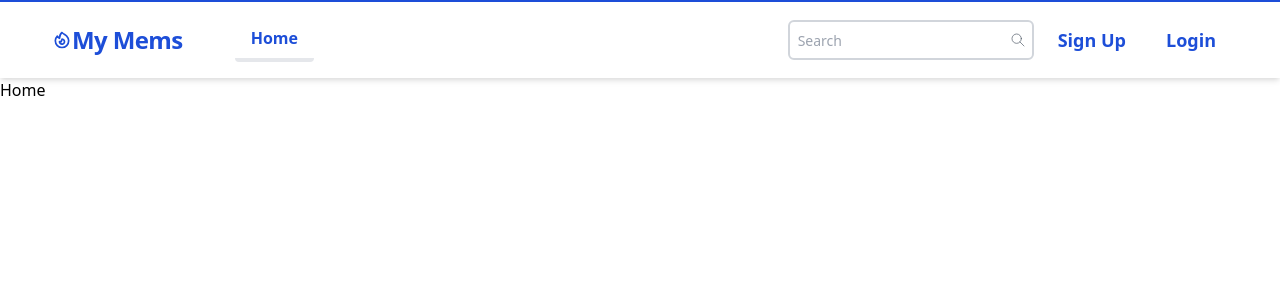
Repository: ShamroOoz/React-Go-Auth-Application
Page: /
These files come from the project's save history. The page is drawn as it stood at one moment and after the next save; the edit follows.
The browser window is 1280 px wide. The pictures show the whole page.
The project was rebuilt for these pictures with package versions that can differ from the ones it lists, and the page was loaded fresh each time. A package was used in the major version that the imports need, not the one package.json lists. Also part of the build but not shown: craco.config.js, src/Components/Login.js, src/Components/Singup.js.

Above is the page before, as saved 2021-05-24 04:40:45.

### src/index.css
/* ./src/index.css */
@tailwind base;
@tailwind components;
@tailwind utilities;

.btn-action {
  @apply block px-4 py-2 mt-4 ml-2 text-lg font-bold text-blue-700 rounded hover:text-white hover:bg-blue-700 md:mt-0;
}

.btn-post {
  @apply inline-flex items-center px-6 py-2 font-bold text-blue-700 border-b-2 rounded hover:border-blue-700 hover:text-blue-400;
}

.btn-search {
  @apply h-10 pl-2 pr-8 text-sm bg-white border-2 border-gray-300 rounded-md focus:outline-none focus:border-blue-700;
}

.btn-menu {
  @apply block px-4 py-2 mr-2 text-center border-b-4 rounded md:inline-flex md:mt-0 hover:border-blue-700;
}

.btn-toggle-menu {
  @apply flex items-center px-3 py-2 text-blue-300 border-2 border-blue-400 rounded focus:outline-none hover:text-blue-400 hover:border-blue-700;
}

.input-text {
  @apply block w-full px-3 py-2 text-lg placeholder-gray-600 bg-white border-2 border-gray-300 rounded-lg shadow-md focus:placeholder-blue-700 focus:bg-white focus:border-blue-700 focus:outline-none;
}

.btn-large {
  @apply block w-full px-6 py-3 mt-3 text-lg font-semibold text-white bg-blue-700 rounded-lg shadow-xl focus:outline-none disabled:opacity-50 hover:text-white hover:bg-blue-400;
}

.btn-large-alert {
  @apply block w-full px-6 py-3 mt-3 text-lg font-semibold text-white bg-red-700 rounded-lg shadow-xl focus:outline-none disabled:opacity-50 hover:text-white hover:bg-red-400;
}
.btn-social {
  @apply flex items-center justify-center px-4 py-2 space-x-2 transition-colors duration-300 border border-blue-700 rounded-md group hover:bg-blue-500 focus:outline-none;
}

.drop-down-list {
  @apply block px-4 py-2 text-sm text-gray-700 hover:bg-gray-100 hover:text-gray-900;
}

.drop-down {
  @apply absolute right-0 w-56 mt-2 origin-top-right bg-white rounded-md shadow-lg ring-1 ring-black ring-opacity-5 focus:outline-none;
}

### src/App.js
import { BrowserRouter as Router, Switch, Route } from "react-router-dom";
import { Home, Login, Singup, Navbar } from "./Components";
function App() {
  return (
    <Router>
      <Navbar />
      <Switch>
        <Route path="/singup">
          <Singup />
        </Route>
        <Route path="/login">
          <Login />
        </Route>
        <Route exact path="/">
          <Home />
        </Route>
      </Switch>
    </Router>
  );
}

export default App;

### src/Components/index.js
import Home from "./Home";
import Login from "./Login";
import Singup from "./Singup";
import Navbar from "./Navbar";

export { Home, Login, Singup, Navbar };

### src/Components/Navbar.js
import React, { useState, useEffect, useCallback } from "react";
import { Link, useHistory, useLocation } from "react-router-dom";
import { FireIcon, MenuIcon, SearchIcon } from "@heroicons/react/outline";

const Navbar = () => {
  const [togglemenu, settogglemenu] = useState(false);
  const [isAuth, setisAuth] = useState(false);

  const logoutlisntner = () => {
    console.log("logout me ");
  };

  return (
    <>
      <nav className="flex flex-wrap items-center justify-between py-2 bg-white border-t-2 border-blue-700 border-solid shadow-md md:px-10">
        <div className={`flex justify-between w-full p-3 md:w-auto `}>
          <Link
            to="/"
            className="flex items-center flex-shrink-0 mr-8 text-blue-700"
          >
            <FireIcon className="w-5 h-9" />
            <span className="text-2xl subpixel-antialiased font-semibold tracking-tight">
              My Mems
            </span>
          </Link>
          {/* toggle menu button */}
          <div className="block md:hidden ">
            <button
              id="nav"
              className="btn-toggle-menu"
              onClick={() => settogglemenu((prevtogglemenu) => !prevtogglemenu)}
            >
              <MenuIcon className="w-3 h-3" />
            </button>
          </div>
        </div>

        <div
          className={`w-full block flex-grow md:flex md:items-center md:w-auto md:px-2  ${
            togglemenu ? "block" : "hidden"
          }`}
        >
          <div className="font-bold text-blue-700 text-md md:flex-grow ">
            <Link to="/" className="btn-menu">
              Home
            </Link>
            {isAuth && (
              <Link to="/profile" className="btn-menu">
                Profile
              </Link>
            )}
          </div>
          {/* search */}
          <div className="relative hidden mx-auto text-gray-600 md:block">
            <input
              className="btn-search"
              type="search"
              name="search"
              placeholder="Search"
            />
            <button
              type="submit"
              className="absolute top-0 right-0 mt-3 mr-2 focus:outline-none"
            >
              <SearchIcon className="w-4 h-4 stroke-1 " />
            </button>
          </div>
          {/* Button */}
          <div className="flex items-center justify-center">
            {isAuth ? (
              <div>
                <span>
                  <button
                    type="button"
                    className="inline-block btn-action"
                    onClick={logoutlisntner}
                  >
                    Log Out
                  </button>
                </span>
              </div>
            ) : (
              <>
                <Link to="/singup" className="btn-action">
                  Sign Up
                </Link>
                <Link to="/login" className="btn-action ">
                  Login
                </Link>
              </>
            )}
          </div>
        </div>
      </nav>
    </>
  );
};

export default Navbar;

### tailwind.config.js
module.exports = {
  purge: ["./src/**/*.{js,jsx,ts,tsx}", "./public/index.html"],
  darkMode: false, // or 'media' or 'class'
  theme: {
    extend: {
      borderWidth: ["hover", "focus"],
      borderOpacity: ["active"],
      borderRadius: ["hover", "focus"],
      outline: ["hover", "active"],
    },
  },
  variants: {
    extend: {
      opacity: ["disabled"],
    },
  },
  plugins: [],
};

Loaded but not shown: public/index.html (common file); src/index.js (common file); src/Components/Home.js (common file)

After the next save:
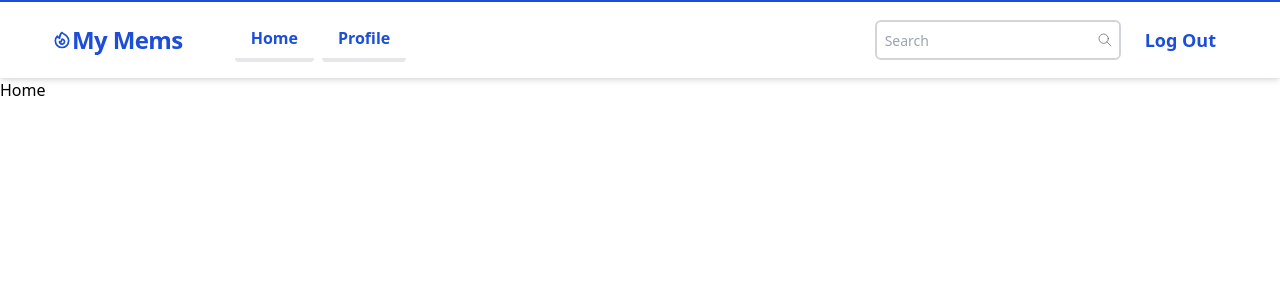
Saved 40 s later.
--- a/src/Components/Navbar.js
+++ b/src/Components/Navbar.js
@@ -4,7 +4,7 @@
 
 const Navbar = () => {
   const [togglemenu, settogglemenu] = useState(false);
-  const [isAuth, setisAuth] = useState(false);
+  const [isAuth, setisAuth] = useState(true);
 
   const logoutlisntner = () => {
     console.log("logout me ");

After the save that followed:
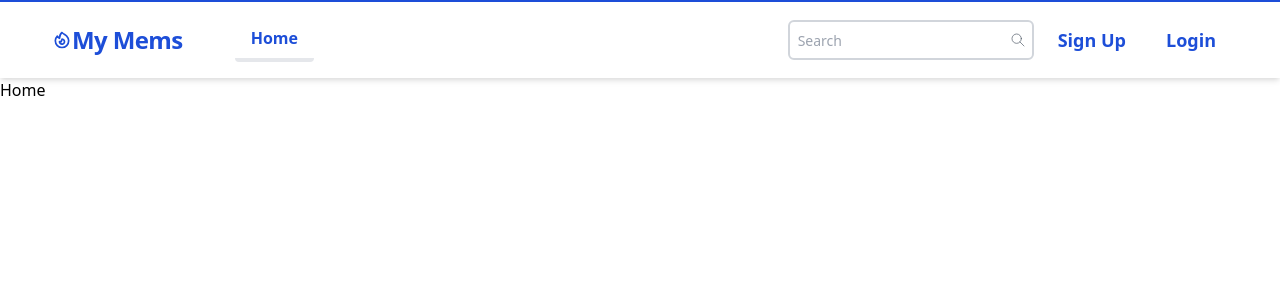
Saved 10 s later.
--- a/src/Components/Navbar.js
+++ b/src/Components/Navbar.js
@@ -4,7 +4,7 @@
 
 const Navbar = () => {
   const [togglemenu, settogglemenu] = useState(false);
-  const [isAuth, setisAuth] = useState(true);
+  const [isAuth, setisAuth] = useState(false);
 
   const logoutlisntner = () => {
     console.log("logout me ");
